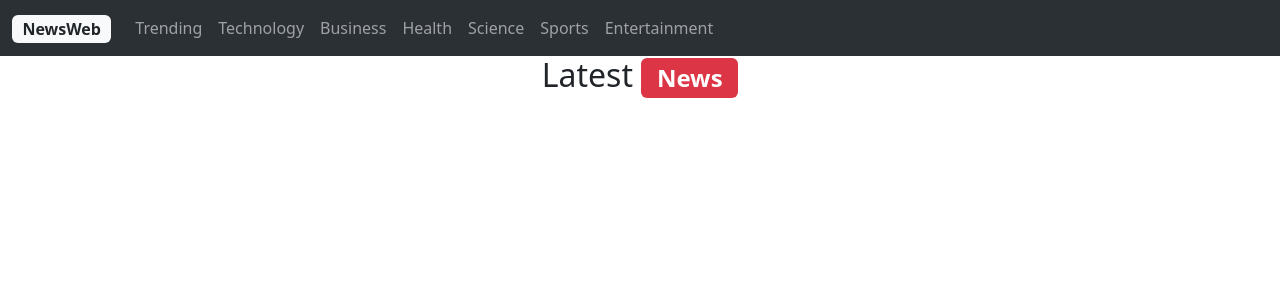
Repository: Abhilash2909/NewsWeb
Page: /
The author's editor kept a copy of each file at every save. The page is drawn from the files as they stood at one save, then again after a run of saves.
The browser window is 1280 px wide. The pictures show the whole page.
The page's requests for data from a server got no answer. The project was rebuilt for these pictures with package versions that can differ from the ones it lists, and the page was loaded fresh each time. No one was signed in, and anything a server would have sent is missing. Also part of the build but not shown: vite.config.js, src/Components/NewsItem.jsx, src/App.css.

Above is the page before, as saved 2024-05-22 23:33:00.

### index.html
<!doctype html>
<html lang="en">
  <head>
    <meta charset="UTF-8" />
    <link href="https://cdn.jsdelivr.net/npm/bootstrap@5.3.3/dist/css/bootstrap.min.css" rel="stylesheet" integrity="sha384-QWTKZyjpPEjISv5WaRU9OFeRpok6YctnYmDr5pNlyT2bRjXh0JMhjY6hW+ALEwIH" crossorigin="anonymous">
    <meta name="viewport" content="width=device-width, initial-scale=1.0" />
    <title>News Web</title>
  </head>
  <body>
    <div id="root"></div>
    <script type="module" src="/src/main.jsx"></script>
    <script src="https://cdn.jsdelivr.net/npm/bootstrap@5.3.3/dist/js/bootstrap.bundle.min.js" integrity="sha384-YvpcrYf0tY3lHB60NNkmXc5s9fDVZLESaAA55NDzOxhy9GkcIdslK1eN7N6jIeHz" crossorigin="anonymous"></script>
  </body>
</html>

### src/main.jsx
import React from 'react'
import ReactDOM from 'react-dom/client'
import App from './App.jsx'
import './index.css';
import './App.css';

ReactDOM.createRoot(document.getElementById('root')).render(
  <React.StrictMode>
    <App />
  </React.StrictMode>
)

### src/App.jsx
import { useState } from "react"
import Navbar from "./Components/Navbar"
import NewsBoard from "./Components/NewsBoard"

const App = () => {
  const [category, setCategory] = useState("general")
  return (
    <>
      <Navbar setCategory={setCategory}/>
      <NewsBoard category={category}/>
    </>
  )
}

export default App

### src/Components/Navbar.jsx

// const Navbar = ({setCategory}) => {
//   return (

//     <nav className="navbar navbar-expand-lg bg-body-tertiary" data-bs-theme="dark">

//   <div className="container-fluid">

//     <a className="navbar-brand" href="#"><span className="badge bg-light text-dark fs-6">NewsWeb</span></a>

//     <button className="navbar-toggler" type="button" data-bs-toggle="collapse" data-bs-target="#navbarNav" aria-controls="navbarNav" aria-expanded="false" aria-label="Toggle navigation">
//       <span className="navbar-toggler-icon"></span>
//     </button>


//     {/* <div className="collapse navbar-collapse" id="navbarNav"> */}
//       <ul className="navbar-nav">
//         <li className="nav-item">
//           {/* <div className="nav-link" href="#" onClick={()=>setCategory("technology")}>Technology</div> */}
//           {/* <a className="navbar-brand" href="#"><span className="badge bg-light text-dark fs-6">Technology</span></a> */}
//           <a className="nav-link" onClick={()=>setCategory("Technology")}>Technology</a>
//         </li>
//         <li className="nav-item">
//           {/* <div className="nav-link" onClick={()=>setCategory("business")}>Business</div> */}
//           {/* <a className="navbar-brand" href="#"><span className="badge bg-light text-dark fs-6">Business</span></a> */}
//           <a className="nav-link" onClick={()=>setCategory("Business")}>Business</a>
//         </li>

//         <li className="nav-item">
//           {/* <div className="nav-link" onClick={()=>setCategory("health")}>Health</div> */}
//           <a className="nav-link" onClick={()=>setCategory("health")}>Health</a>
//         </li>

//         <li className="nav-item">
//           {/* <div className="nav-link" onClick={()=>setCategory("science")}>Science</div> */}
//           {/* <a className="navbar-brand" href="#"><span className="badge bg-light text-dark fs-6">Science</span></a> */}
//           <a className="nav-link" onClick={()=>setCategory("Science")}>Science</a>
//         </li>

//         {/* <li className="nav-item"> */}
//           {/* <div className="nav-link" onClick={()=>setCategory("sports")}>Sports</div> */}
//           {/* <a className="navbar-brand" href="#"><span className="badge bg-light text-dark fs-6">Sports</span></a> */}
//           <a className="nav-link" onClick={()=>setCategory("Sports")}>Sports</a>
//         {/* </li> */}

//         {/* <li className="nav-item"> */}
//           {/* <div className="nav-link" onClick={()=>setCategory("entertainment")}>Entertainment</div> */}
//           {/* <a className="navbar-brand" href="#"><span className="badge bg-light text-dark fs-6">Entertainment</span></a> */}
//           <a className="nav-link" onClick={()=>setCategory("Entertainment")}>Entertainment</a>
//         {/* </li> */}



//       </ul>
//     </div>
//   {/* </div> */}

// </nav>
//   )
// }

// export default Navbar



const Navbar = ({ setCategory }) => {
  return (
    <nav className="navbar navbar-expand-lg bg-body-tertiary" data-bs-theme="dark">
      <div className="container-fluid">
        <a className="navbar-brand" href="#"><span className="badge bg-light text-dark fs-6">NewsWeb</span></a>
        <button className="navbar-toggler" type="button" data-bs-toggle="collapse" data-bs-target="#navbarNav" aria-controls="navbarNav" aria-expanded="false" aria-label="Toggle navigation">
          <span className="navbar-toggler-icon"></span>
        </button>
        <div className="collapse navbar-collapse" id="navbarNav">
          <ul className="navbar-nav">
            <li className="nav-item">
              <div className="nav-link" onClick={() => setCategory("trending")}>Trending</div>
            </li>
            <li className="nav-item">
              <div className="nav-link" onClick={() => setCategory("technology")}>Technology</div>
            </li>
            <li className="nav-item">
              <div className="nav-link" onClick={() => setCategory("business")}>Business</div>
            </li>
            <li className="nav-item">
              <div className="nav-link" onClick={() => setCategory("health")}>Health</div>
            </li>
            <li className="nav-item">
              <div className="nav-link" onClick={() => setCategory("science")}>Science</div>
            </li>
            <li className="nav-item">
              <div className="nav-link" onClick={() => setCategory("sports")}>Sports</div>
            </li>
            <li className="nav-item">
              <div className="nav-link" onClick={() => setCategory("entertainment")}>Entertainment</div>
            </li>
          </ul>
        </div>
      </div>
    </nav>
  );
}

export default Navbar;

### src/Components/NewsBoard.jsx
// import { useEffect, useState } from "react";
// import NewsItem from "./NewsItem";

// const NewsBoard = ({ category }) => {
//     const [articles, setArticles] = useState([]);

//     useEffect(() => {
//         let url = `https://newsapi.org/v2/top-headlines?country=in&category=${category}&apiKey=${import.meta.env.VITE_API_KEY}`;
//         fetch(url).then(response => response.json()).then(data => setArticles(data.articles));
//     }, [category]);

//     return (
//         <div>
//             <h2 className="text-center">Latest <span className="badge bg-danger">News</span></h2>
//             <div className="news-grid">
//                 {articles.map((news, index) => {
//                     return <NewsItem key={index} title={news.title} description={news.description} src={news.urlToImage} url={news.url} />
//                 })}
//             </div>
//         </div>
//     );
// }

// export default NewsBoard;





// import React from 'react';
import NewsList from './NewsList';

const NewsBoard = ({ category }) => {
    return (
        <div>
            <h2 className="text-center">Latest <span className="badge bg-danger">News</span></h2>
            <NewsList category={category} />
        </div>
    );
}

export default NewsBoard;

### src/Components/NewsList.jsx
import { useEffect, useState } from 'react';
import NewsItem from './NewsItem';

const NewsList = ({ category }) => {
    const [articles, setArticles] = useState([]);

    useEffect(() => {
        const fetchNews = async () => {
            try {
                const url = `https://newsapi.org/v2/top-headlines?country=in&category=${category}&apiKey=${import.meta.env.VITE_API_KEY}`;
                const response = await fetch(url);
                const data = await response.json();
                setArticles(data.articles);
            } catch (error) {
                console.error("Error fetching news:", error);
            }
        };

        fetchNews();
    }, [category]);

    return (
        <div className="news-grid">
            {articles.map((news, index) => (
                <NewsItem
                    key={index}
                    title={news.title}
                    description={news.description}
                    src={news.urlToImage}
                    url={news.url}
                />
            ))}
        </div>
    );
}

export default NewsList;

### src/index.css
/* body {
    background-color: #f8f9fa;
    color: #212529;
    margin: 0;
    padding: 0;
    box-sizing: border-box;
    height: 100%;
    overflow-x: hidden;
}

.navbar {
    margin-bottom: 20px;
}

.news-feed {
    display: flex;
    flex-wrap: wrap;
    justify-content: center;
}

.card {
    margin: 10px;
    transition: transform 0.2s ease-in-out;
}

.card:hover {
    transform: scale(1.05);
}

.news-card {
    max-width: 345px;
    min-height: 450px;
    display: flex;
    flex-direction: column;
    justify-content: space-between;
}

.news-card img {
    height: 200px;
    width: 100%;
    object-fit: cover;
}

.news-card .card-body {
    display: flex;
    flex-direction: column;
    justify-content: space-between;
}

.news-card .card-text {
    flex-grow: 1;
}









.news-grid {
    display: grid;
    grid-template-columns: repeat(auto-fill, minmax(345px, 1fr));
    gap: 16px;
    justify-items: center;
    padding: 16px;
}



html, #root {
    height: 100%;
} */

After the next 2 saves:
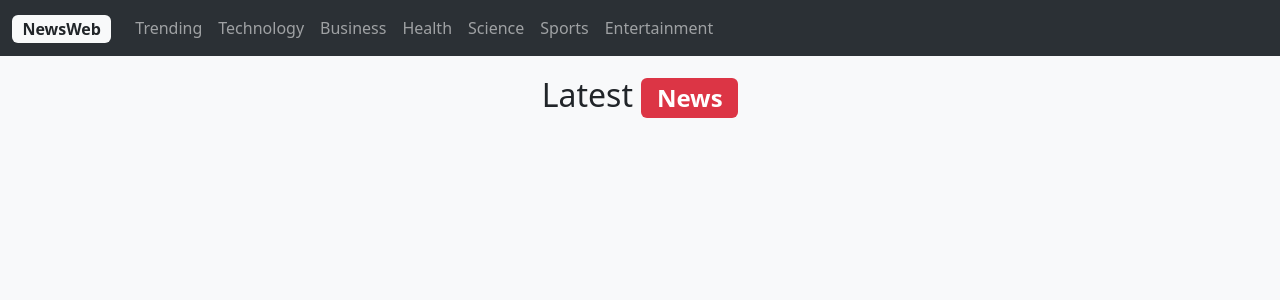
The 2 saves are shown as one change because they came seconds apart.
The last was saved 3 min 2 s later.
--- a/src/index.css
+++ b/src/index.css
@@ -1,7 +1,7 @@
-/* body {
+body {
     background-color: #f8f9fa;
     color: #212529;
-    margin: 0;
+    margin: 0; /
     padding: 0;
     box-sizing: border-box;
     height: 100%;
@@ -71,4 +71,4 @@
 
 html, #root {
     height: 100%;
-} */
+}
